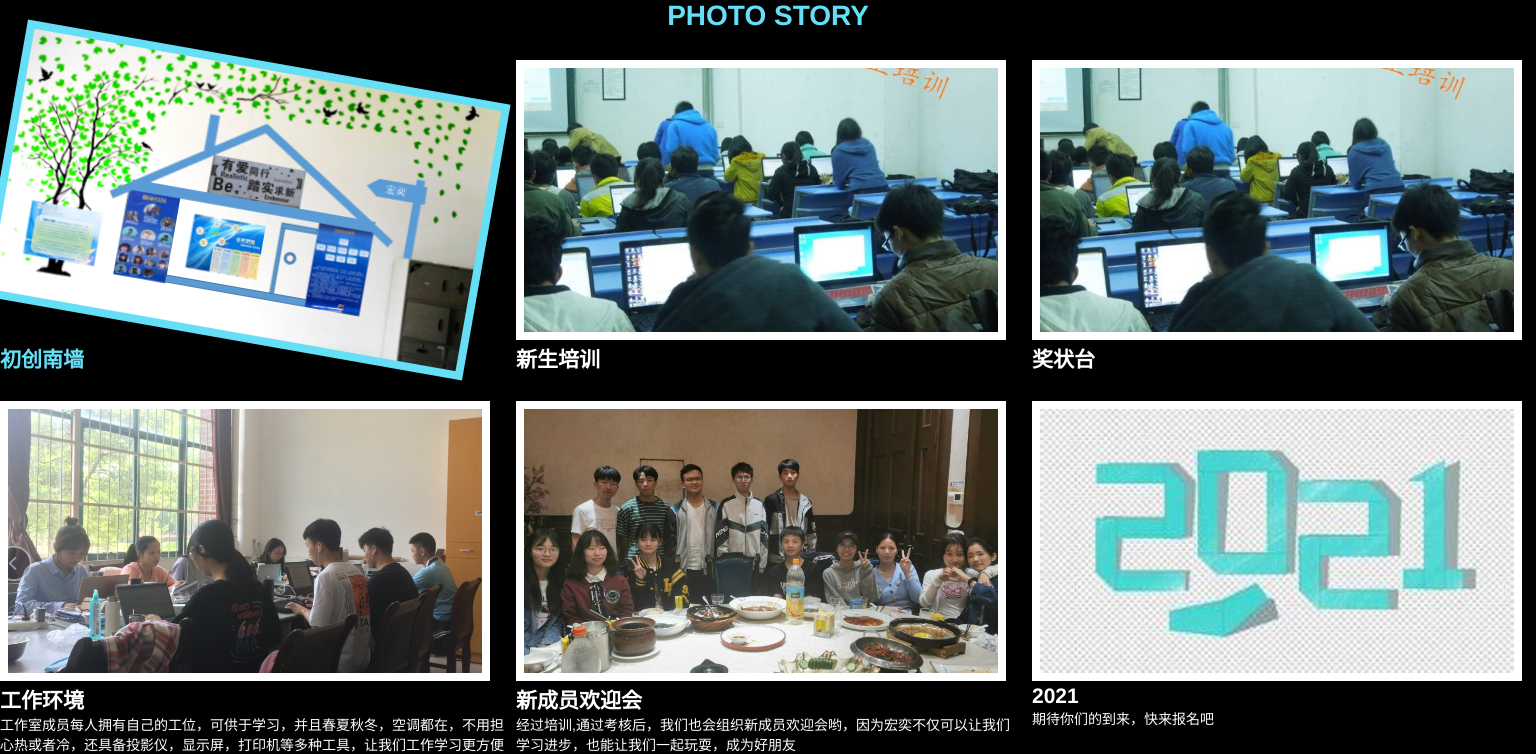
Repository: Homyit20/website
Page: /#/photo
The author's editor kept a copy of each file at every save. The page is drawn from the files as they stood at one save, then again after the next save.
The browser window is 1536 px wide. The pictures show the whole page.
The project was rebuilt for these pictures with package versions that can differ from the ones it lists, and the page was loaded fresh each time. Also part of the build but not shown: vue.config.js.

Above is the page before, as saved 2021-08-10 16:21:51.

After the next save:
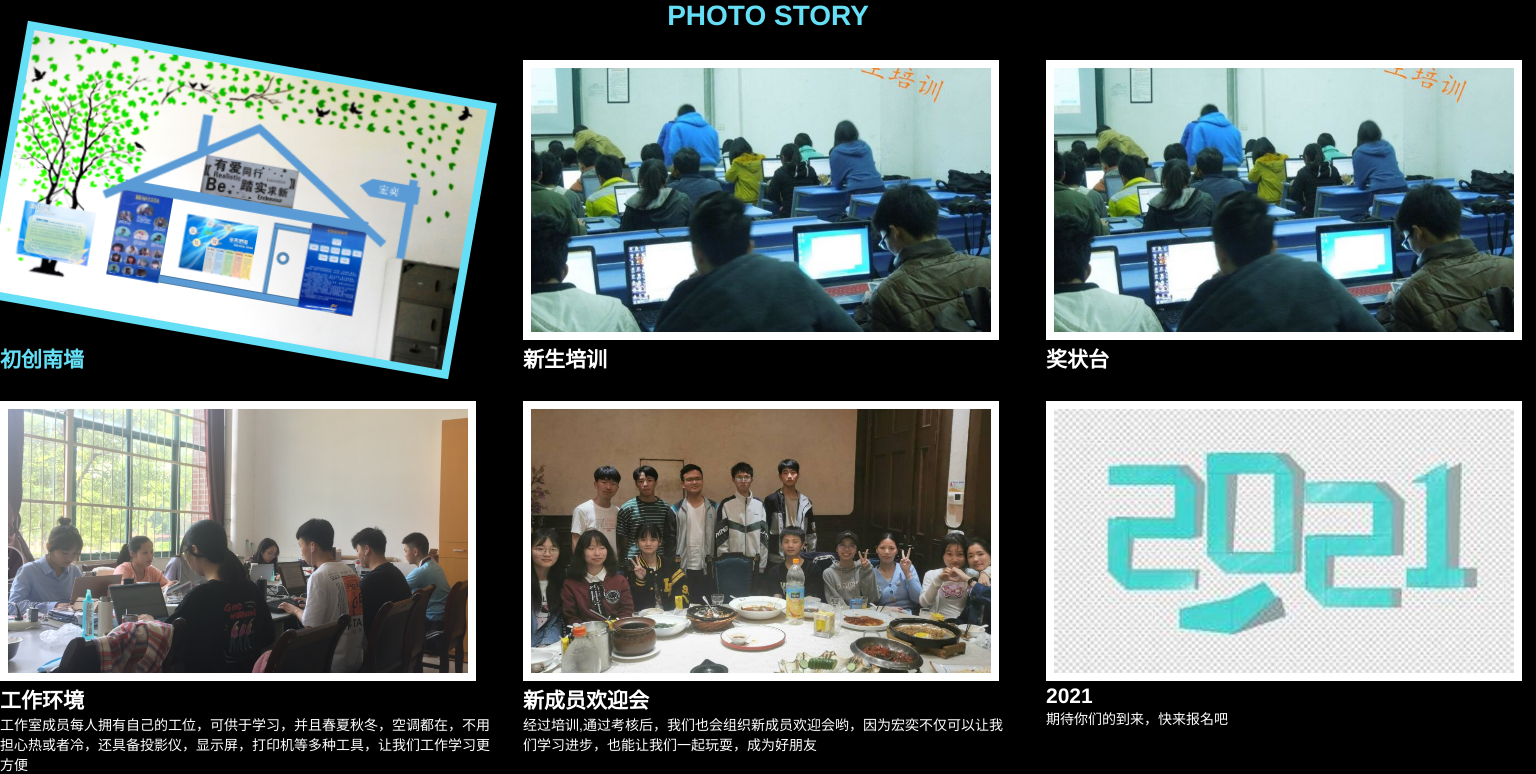
Saved 48 s later.
--- a/src/views/photo.vue
+++ b/src/views/photo.vue
@@ -125,10 +125,10 @@
 }
 @media screen and (min-width: 1500px){
   .photo-content-img{
-    width: 36rem;
+    width: 35rem;
   }
   .photo-content-img img{
-    width: 35rem;
+    width: 34rem;
     height: 20rem;
   }
 }
